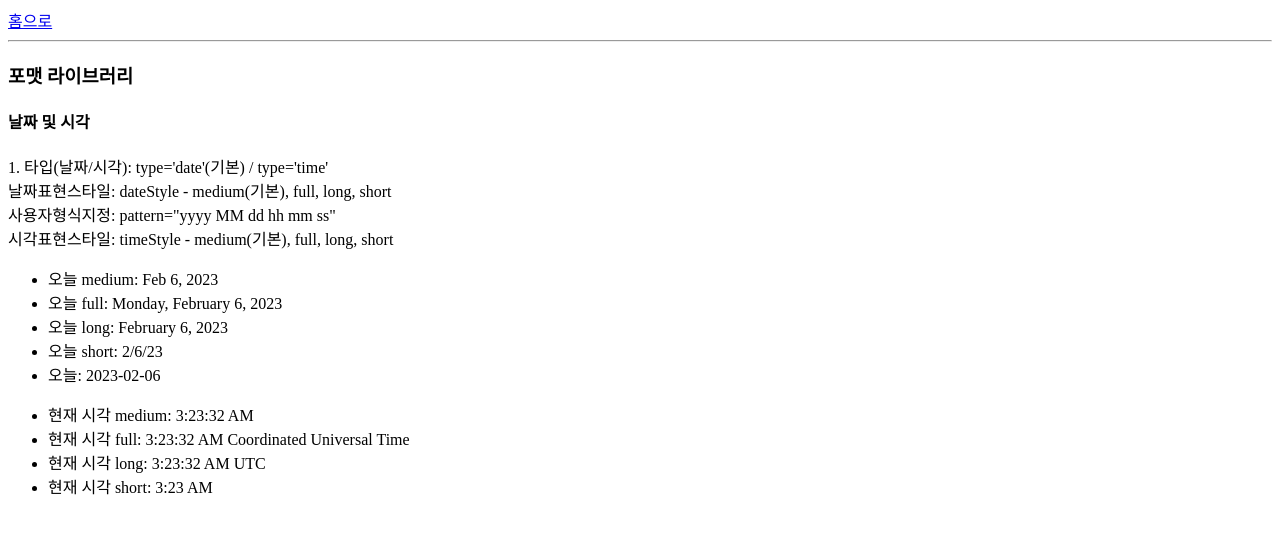
Repository: linklifejo/study_web
Page: http://localhost/servlet02/jstl/format.jsp
An editor plug-in stored every save of this project. The page is shown before and after the next save, followed by the edit.
The browser window is 1280 px wide. The pictures show the whole page.
The page is served by Tomcat 9. Other server files are loaded and not shown.

Above is the page before, as saved 2023-02-08 02:35:40.

### servlet02/src/main/webapp/jstl/format.jsp
<%@ page language="java" contentType="text/html; charset=UTF-8"
    pageEncoding="UTF-8"%>
<%@ taglib uri="http://java.sun.com/jsp/jstl/core" prefix="c"%>
<%@ taglib uri="http://java.sun.com/jsp/jstl/fmt" prefix="fmt"%>
<!DOCTYPE html>
<html>
<head>
<meta charset="UTF-8">
<title>Insert title here</title>
</head>
<body>
<a href='<c:url value="/"/>'>홈으로</a>
<hr>
<h3>포맷 라이브러리</h3>
<h4>날짜 및 시각</h4>
<div>1. 타입(날짜/시각): type='date'(기본) / type='time'</div>
<div>   날짜표현스타일: dateStyle - medium(기본), full, long, short</div>
<div>   사용자형식지정: pattern="yyyy MM dd hh mm ss"</div>
<div>   시각표현스타일: timeStyle - medium(기본), full, long, short</div>
<c:set var='today' value='<%=new java.util.Date() %>'/>
<ul>
	<li>오늘 medium: <fmt:formatDate value="${today}" type='date' dateStyle="medium"/> </li>
	<li>오늘 full: <fmt:formatDate value="${today}" type='date' dateStyle="full"/> </li>
	<li>오늘 long: <fmt:formatDate value="${today}" type='date' dateStyle="long"/> </li>
	<li>오늘 short: <fmt:formatDate value="${today}" type='date' dateStyle="short"/> </li>
	<li>오늘: <fmt:formatDate value="${today}" pattern="yyyy-MM-dd"/></li>
</ul>
<ul>
	<li>현재 시각 medium: <fmt:formatDate value="${today}" type='time' timeStyle='medium'/> </li>
	<li>현재 시각 full: <fmt:formatDate value="${today}" type='time' timeStyle='full'/> </li>
	<li>현재 시각 long: <fmt:formatDate value="${today}" type='time' timeStyle='long'/> </li>
	<li>현재 시각 short: <fmt:formatDate value="${today}" type='time' timeStyle='short'/> </li>
</ul>












</body>
</html>

After the next save:
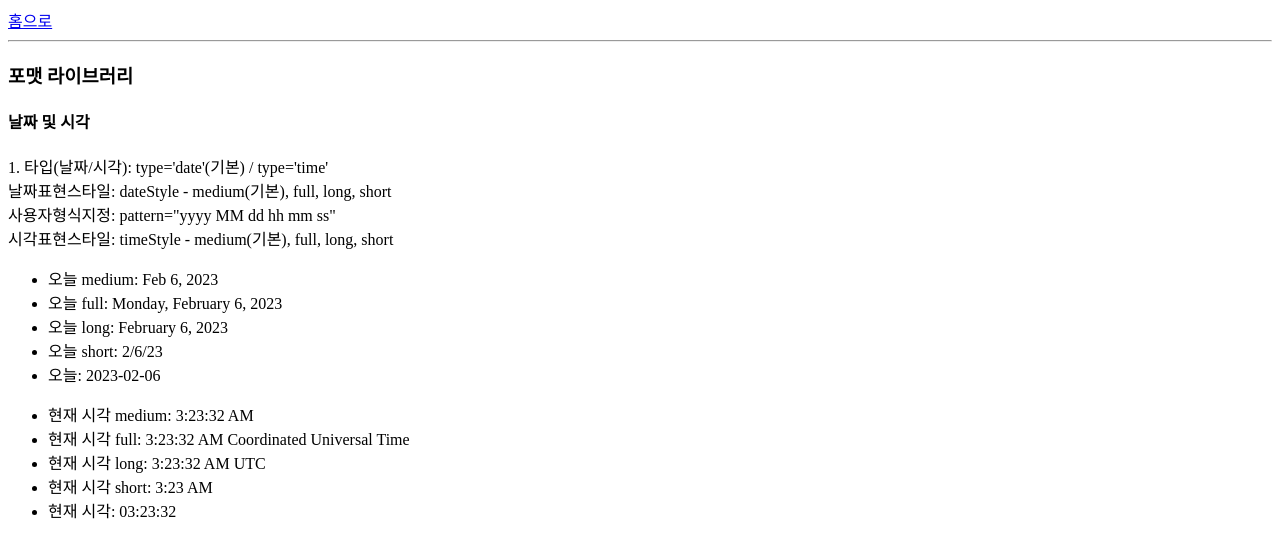
Saved 28 s later.
--- a/servlet02/src/main/webapp/jstl/format.jsp
+++ b/servlet02/src/main/webapp/jstl/format.jsp
@@ -30,6 +30,8 @@
 	<li>현재 시각 full: <fmt:formatDate value="${today}" type='time' timeStyle='full'/> </li>
 	<li>현재 시각 long: <fmt:formatDate value="${today}" type='time' timeStyle='long'/> </li>
 	<li>현재 시각 short: <fmt:formatDate value="${today}" type='time' timeStyle='short'/> </li>
+	<li>현재 시각: <fmt:formatDate value="${today}" type='time' pattern="hh:mm:ss"/> </li>
+
 </ul>
 
 
